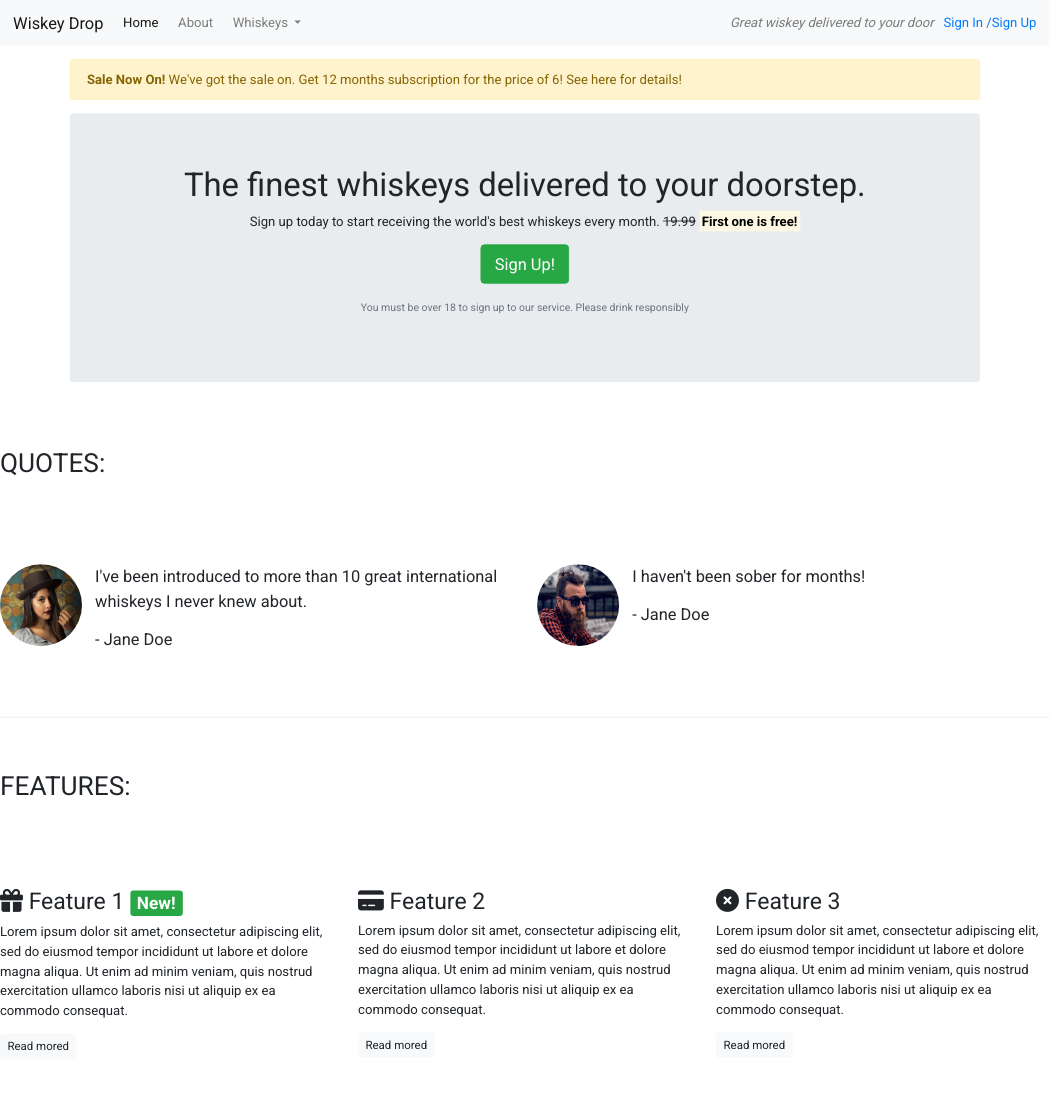
Repository: manub7/bootstrap4-mobile-first
Page: index.html
The author's editor kept a record of every edit. The page is drawn from the files as they stood at one moment, then again after the next edit.
The browser window is 1280 px wide. The page is 1295 px wide, then 1280 px, so the pictures cover 1295 px, including what lies to the right of the window. The pictures show the whole page, at 82% of full size.
Some web libraries are served in a nearby version.

Above is the page before.

### index.html
<!DOCTYPE html>
<html lang="en-us">

<head>
    <meta charset="utf-8">
    <meta name="viewport" content="width=device-width, initial-scale=1.0">
    <title>Whiskey Drop | Taste a new whiskey every month</title>
    <link rel="stylesheet" href="https://maxcdn.bootstrapcdn.com/bootstrap/4.1.3/css/bootstrap.min.css">
    <link rel="stylesheet" href="https://stackpath.bootstrapcdn.com/bootstrap/4.4.1/css/bootstrap.min.css" integrity="sha384-Vkoo8x4CGsO3+Hhxv8T/Q5PaXtkKtu6ug5TOeNV6gBiFeWPGFN9MuhOf23Q9Ifjh" crossorigin="anonymous">
    <script src="https://kit.fontawesome.com/0c0aa31012.js" crossorigin="anonymous"></script>
    <link href="https://fonts.googleapis.com/css?family=Roboto:400,700&display=swap" rel="stylesheet">
    <link rel="stylesheet" href="css/style.css" type="text/css" />
</head>

<body>
    <nav class="navbar navbar-light bg-light navbar-expand-sm ">

        <a href="/" class="navbar-brand">Wiskey Drop</a>
        <button class="navbar-toggler ml-auto" type="button" data-toggle="collapse" data-target="#navbarNavDropdown" aria-controls="navbarNavDropdown" aria-expanded="false" aria-label="Toggle navigation">
        <span class="navbar-toggler-icon"></span></button>

        <div class="collapse navbar-collapse" id="navbarNavDropdown">
            <ul class="navbar-nav mr-auto">
                <li class="active nav-item mr-2"><a class="nav-link" href="/">Home</a></li>
                <li class="nav-item mr-2"><a class="nav-link" href="/about">About</a></li>
                <li class="nav-item dropdown">
                    <a class="nav-link dropdown-toggle" href="#" id="navbarDropdownMenuLink" role="button" data-toggle="dropdown" aria-haspopup="true" aria-expanded="false">
            Whiskeys
        </a>
                    <div class="dropdown-menu" aria-labelledby="navbarDropdownMenuLink">
                        <a class="dropdown-item" href="#">Irish</a>
                        <a class="dropdown-item" href="#">Scotch</a>
                        <a class="dropdown-item" href="#">Japanese</a>
                        <a class="dropdown-item" href="#">American</a>
                    </div>
                </li>

                <li class="nav-item mr-2 d-block d-sm-none"><a class="nav-link" href="">Sign In / Sign Up</a></li>
            </ul>
        </div>

        <div class="d-none d-md-block">
            <p class="navbar-text my-auto mr-2"><i>Great wiskey delivered to your door</i></p>
            <a href="/login">Sign In /Sign Up</a>

        </div>

    </nav>
    <div class="container mt-3">
        <div class="row d-none d-sm-block">
            <div class="col-12">
                <div class="alert alert-warning">
                    <strong>Sale Now On!</strong> We've got the sale on. Get 12 months subscription for the price of 6!
                    <a ref="">See here for details!</a>
                </div>
            </div>
        </div>
        <!-- Callout -->
        <div class="row">
            <div class="col-12">
                <section class="callout jumbotron text-center">
                    <h1>The finest whiskeys delivered to your doorstep.</h1>
                    <p clas="lead">Sign up today to start receiving the world's best whiskeys every month.
                        <s class="d-none d-sm-inline">19.99</s>
                        <span class="d-inline d-sm-none"><br></span>
                        <strong><mark> First one is free!</mark></strong></p>
                    <p><button class="btn btn-lg btn-success" data-toggle="modal" data-target="#signUpModal">Sign Up!</button></p>
                    <p class="text-muted"><small> You must be over 18 to sign up to our service. Please drink responsibly </small></p>
                </section>
            </div>
        </div>

        <!-- /.callout -->
        </div>

        <!-- Quotes -->
        <section class="quotes">
            <div class="row">
                <div class="col-12 my-5">
                    <h2 class="text-uppercase">Quotes:</h2>
                </div>
            </div>
            <div class="row">
                <div class="col-12 col-md-6 my-5">
                    <div class="media">
                        <div class="d-none d-sm-block">
                            <img src="images/girl-image.png" class="rounded-circle  mr-3" height=100 width=100>
                        </div>
                        <div class="media-body">
                            <blockquote class="blockquote">
                                <p>I've been introduced to more than 10 great international whiskeys I never knew about.</p>
                                <p>- Jane Doe</p>
                            </blockquote>
                        </div>
                    </div>
                </div>

                <div class="col-12 col-md-6 my-5">
                    <div class="media">
                        <div class="d-none d-sm-block">
                            <img src="images/guy-image.png" class="rounded-circle mr-3" height=100 width=100>
                        </div>
                        <div class="media-body">
                            <blockquote class="blockquote">
                                <p>I haven't been sober for months!</p>
                                <p>- Jane Doe</p>
                                </blockquotes>
                        </div>
                    </div>
                </div>
            </div>

        </section>
        <!-- /.quotes -->
        <hr>

        <!-- Features -->
        <section class="features">
            <div class="row">
                <div class="col-12 my-5">
                    <h2 class="text-uppercase">Features:</h2>
                </div>
            </div>

            <div class="row">
                <div class="col-12 col-md-6 col-lg-4 my-5">
                    <div class="feature">
                        <h3><i class="fas fa-gift d-none d-sm-inline"></i> Feature 1 <span class="badge badge-success">New!</span></h3>
                        <p>Lorem ipsum dolor sit amet, consectetur adipiscing elit, sed do eiusmod tempor incididunt ut labore et dolore magna aliqua. Ut enim ad minim veniam, quis nostrud exercitation ullamco laboris nisi ut aliquip ex ea commodo consequat.</p>
                        <p><a class="btn btn-sm btn-light">Read mored</a></p>
                    </div>
                </div>


                <div class="col-12 col-md-6 col-lg-4 my-5">
                    <div class="feature">
                        <h3><i class="fas fa-credit-card d-none d-sm-inline"></i> Feature 2</h3>
                        <p>Lorem ipsum dolor sit amet, consectetur adipiscing elit, sed do eiusmod tempor incididunt ut labore et dolore magna aliqua. Ut enim ad minim veniam, quis nostrud exercitation ullamco laboris nisi ut aliquip ex ea commodo consequat.</p>
                        <p><a class="btn btn-sm btn-light">Read mored</a></p>
                    </div>
                </div>


                <div class="col-12 d-md-none d-lg-block col-lg-4 my-5">
                    <div class="feature">
                        <h3><i class="fas fa-times-circle d-none d-sm-inline"></i> Feature 3</h3>
                        <p>Lorem ipsum dolor sit amet, consectetur adipiscing elit, sed do eiusmod tempor incididunt ut labore et dolore magna aliqua. Ut enim ad minim veniam, quis nostrud exercitation ullamco laboris nisi ut aliquip ex ea commodo consequat.</p>
                        <p><a class="btn btn-sm btn-light">Read mored</a></p>
                    </div>
                </div>
            </div>

        </section>
        <!-- /.features -->
    </div>

    <!-- /Modla dialog -->

     <div class="modal" tabindex="-1" role="dialog" id="signUpModal">
        <div class="modal-dialog" role="document">
            <div class="modal-content">
                <div class="modal-header">
                    <h5 class="modal-title">Sign Up To Whiskey Drop!</h5>
                    <button type="button" class="close" data-dismiss="modal" aria-label="Close">
          <span aria-hidden="true">&times;</span>
        </button>
                </div>
                <div class="modal-body">
                    <form>
                        <div class="form-group">
                            <label for="exampleInputEmail1">Email address</label>
                            <input type="email" class="form-control" id="exampleInputEmail1" aria-describedby="emailHelp" placeholder="Enter email">
                            <small id="emailHelp" class="form-text text-muted">We'll never share your email with anyone else.</small>
                        </div>
                        <div class="form-group">
                            <label for="password">Password</label>
                            <input type="password" class="form-control" id="password" placeholder="Password">
                        </div>
                        <div class="form-group">
                            <label for="repeatPassword">Repeat Password</label>
                            <input type="password" class="form-control" id="repeatPassword" placeholder="Repeat Password">
                        </div>
                        <button type="submit" class="btn btn-success">Submit</button>
                    </form>
                </div>
            </div>
        </div>
    </div>


    <script src="https://code.jquery.com/jquery-3.4.1.slim.min.js" integrity="sha384-J6qa4849blE2+poT4WnyKhv5vZF5SrPo0iEjwBvKU7imGFAV0wwj1yYfoRSJoZ+n" crossorigin="anonymous"></script>
    <script src="https://cdn.jsdelivr.net/npm/popper.js@1.16.0/dist/umd/popper.min.js" integrity="sha384-Q6E9RHvbIyZFJoft+2mJbHaEWldlvI9IOYy5n3zV9zzTtmI3UksdQRVvoxMfooAo" crossorigin="anonymous"></script>
    <script src="https://stackpath.bootstrapcdn.com/bootstrap/4.4.1/js/bootstrap.min.js" integrity="sha384-wfSDF2E50Y2D1uUdj0O3uMBJnjuUD4Ih7YwaYd1iqfktj0Uod8GCExl3Og8ifwB6" crossorigin="anonymous"></script>
</body>

</html>

### css/style.css
body {
    font-family: 'Roboto', sans-serif;
}

.alert-container {}

.callout-container {
    height: 100vh;
    background: url(../images/wiskey-background.jpg) no-repeat bottom right fixed;
    -webkit-background-size: cover;
    -moz-background-size: cover;
    -o-background-size: cover;
    background-size: cover;
}

.quotes-container {}

.features-container {}

.

After the next edit:
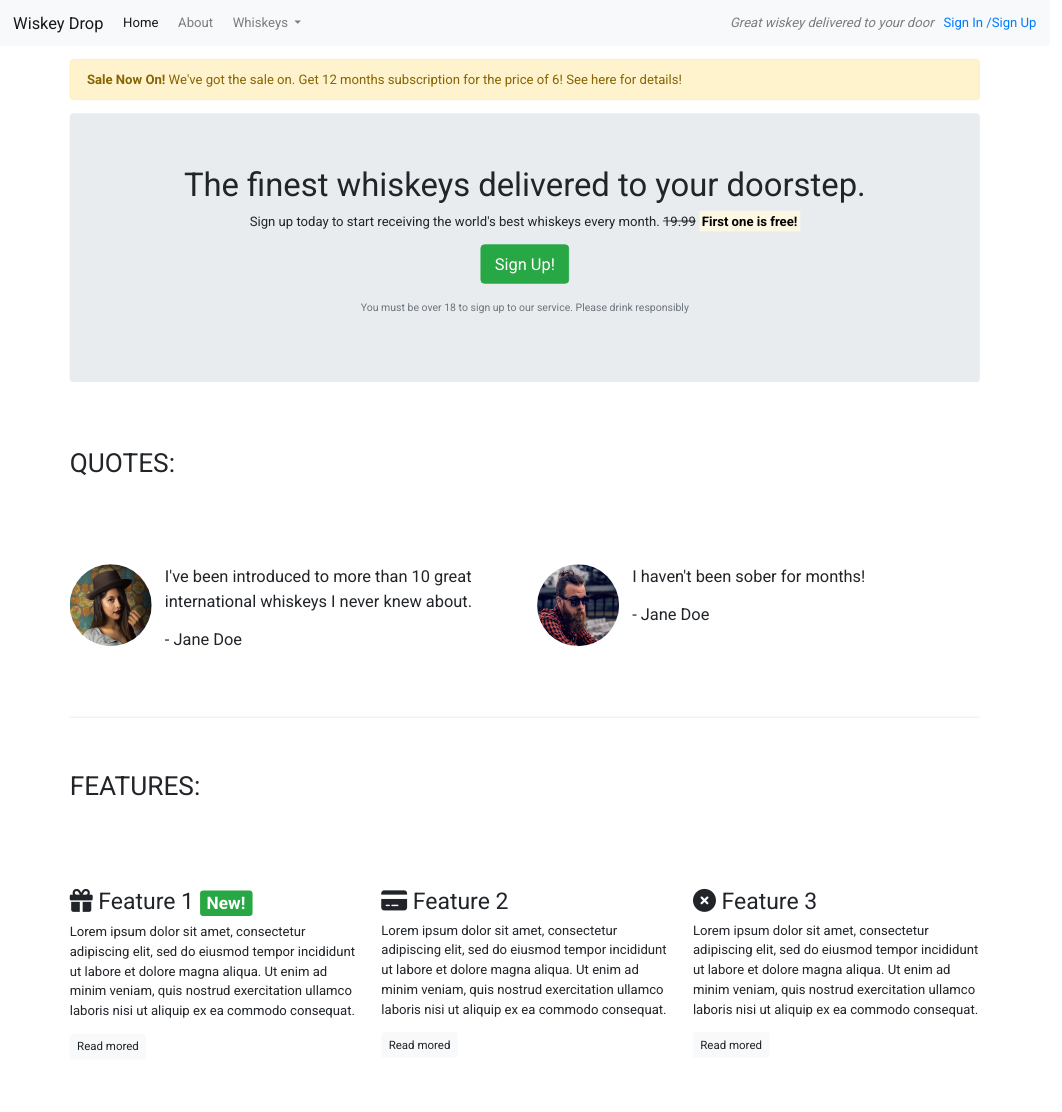
The edit:
--- a/index.html
+++ b/index.html
@@ -74,6 +74,7 @@
         </div>
 
         <!-- Quotes -->
+        <div class="container container-quotes">
         <section class="quotes">
             <div class="row">
                 <div class="col-12 my-5">
